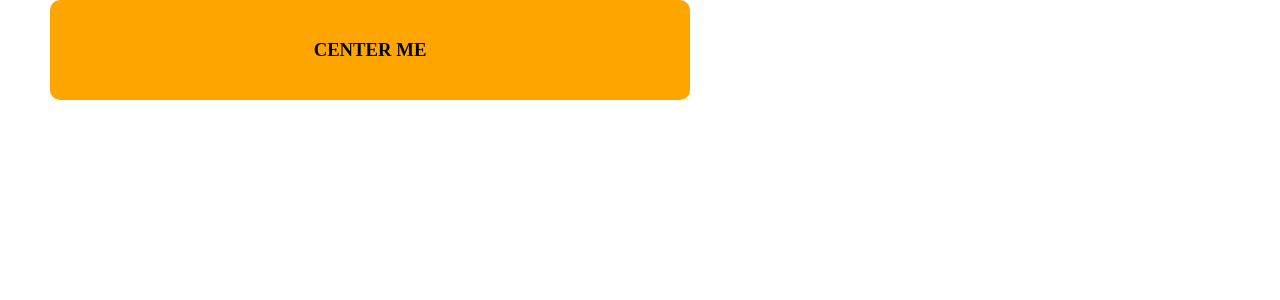
Repository: phanvu0103/HTML-CSS
Page: CSS_17.2_Các-cách-căn-giữa-trong-CSS/index.html
The author's editor kept a copy of each file at every save. The page is drawn from the files as they stood at one save, then again after the next save.
The browser window is 1280 px wide. The pictures show the whole page.

Above is the page before, as saved 2022-09-24 13:17:16.

After the next save:
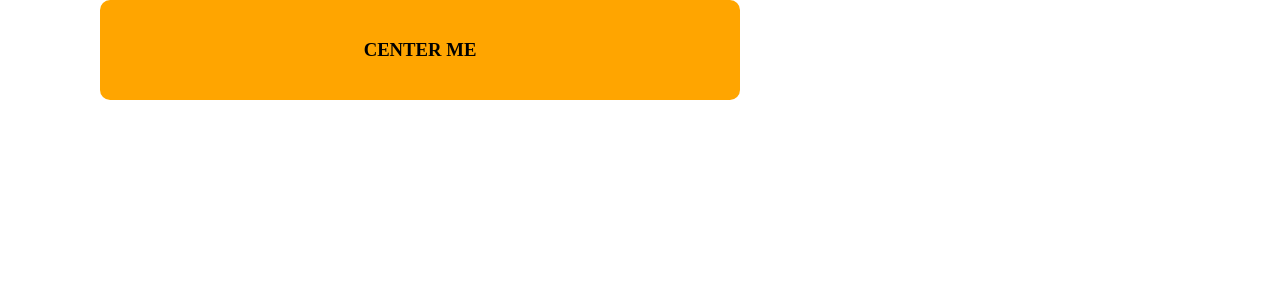
Saved 7 s later.
--- a/CSS_17.2_Các-cách-căn-giữa-trong-CSS/style.css
+++ b/CSS_17.2_Các-cách-căn-giữa-trong-CSS/style.css
@@ -8,7 +8,7 @@
   width: 50%;
   height: 100px;
   display: flex;
-  left: 50px;
+  left: 100px;
   /* right: 50%; */
   /* --height: 100px; */
   /* biến logo của box h3 costheer thường hưởng có thể đổi 200px
